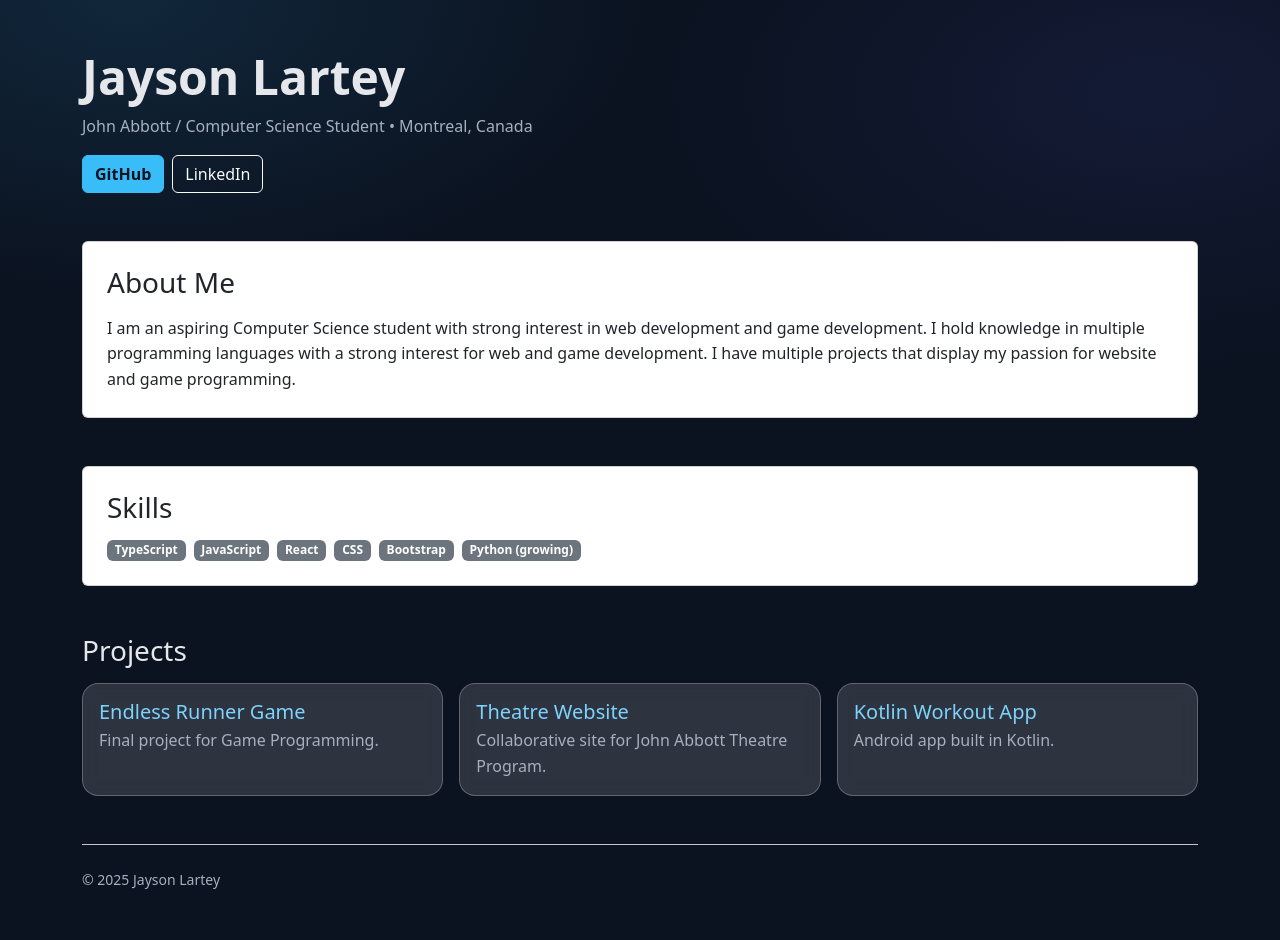
Repository: jaysonlartey/jaysonlartey.github.io
Page: index.html
These files come from the project's save history. The page is drawn as it stood at one moment and after the next save; the edit follows.
The browser window is 1280 px wide. The pictures show the whole page.

Above is the page before, as saved 2025-12-12 20:43:38.

After the next save:
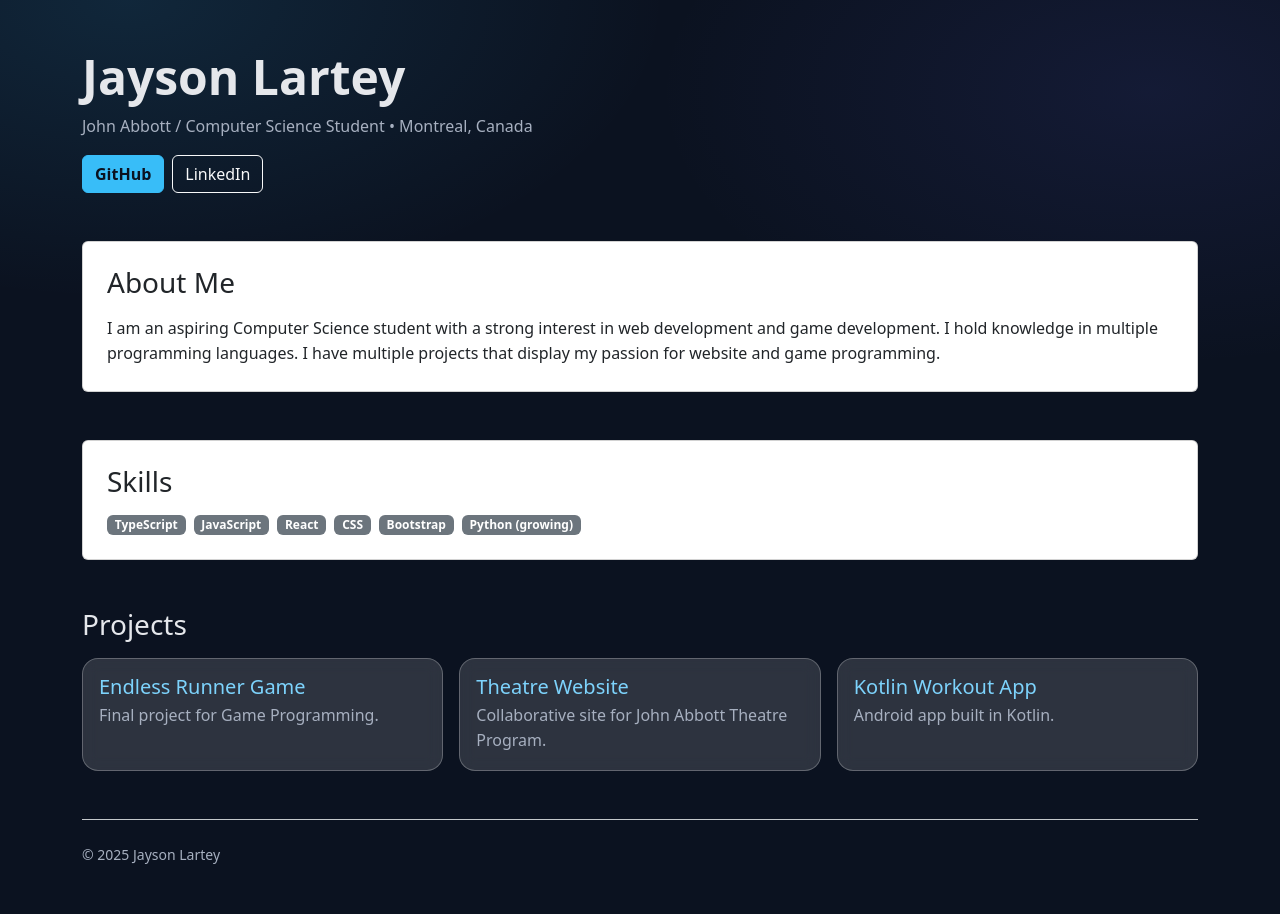
Saved 49 s later.
--- a/index.html
+++ b/index.html
@@ -32,8 +32,8 @@
 <div class="card bg-white text-dark p-4">
       <h2 class="h3 mb-3">About Me</h2>
       <p class="mb-0">
-        I am an aspiring Computer Science student with strong interest in web development and game development.
-        I hold knowledge in multiple programming languages with a strong interest for web and game development. I have multiple projects that display my passion for website and game programming.
+        I am an aspiring Computer Science student with a strong interest in web development and game development.
+        I hold knowledge in multiple programming languages. I have multiple projects that display my passion for website and game programming.
       </p>
     </div>
   </section>
